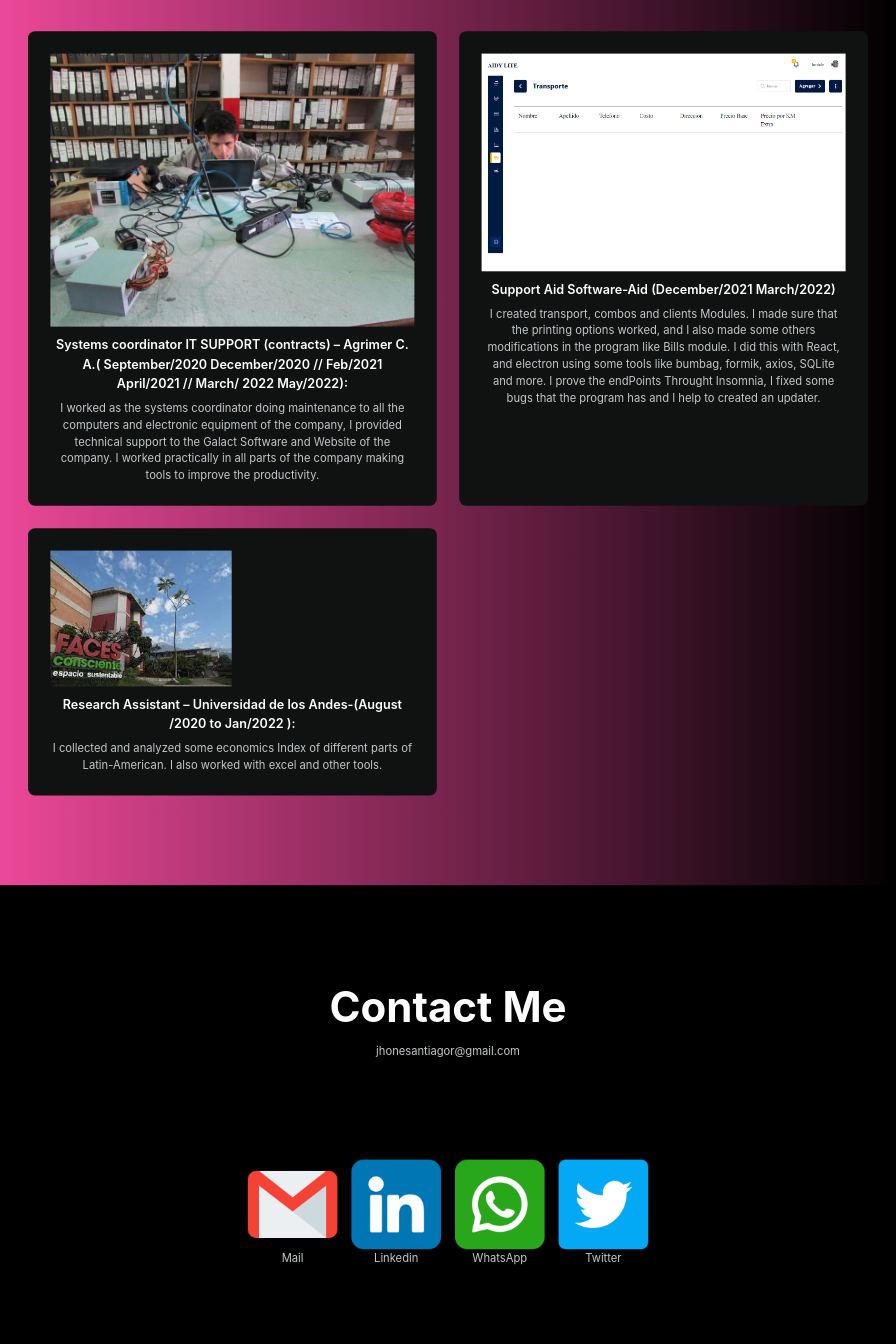
Repository: jhonenmanuel1/Repository-Jhon-Next-its
Page: /
These files come from the project's save history. The page is drawn as it stood at one moment and after the next save; the edit follows.
The browser window is 1280 px wide. The pictures show the part of the page from y = 2472 to 4392 px (the page is 4392 px tall), at 70% of full size.
The project was rebuilt for these pictures with package versions that can differ from the ones it lists, and the page was loaded fresh each time. The framework's server and built-in components were replaced by stand-ins that run in the browser. Also part of the build but not shown: next.config.js.

Above is the page before, as saved 2022-06-07 19:26:18.

### pages/index.js
import Head from "next/head";
import Header from "../components/Header";
import Main from "../components/Main";
import Footer from "../components/Footer";
import { NextSeo } from "next-seo";

export default function Home() {
  return (
    <div className="text-black bg-black">
      <Head>
        <title>Jhon Santiago</title>
        <link rel="icon" href="/favicon.png" />
      </Head>
      <Header />
      <Main />
      <Footer />
    </div>
  );
}

### styles/globals.css
@tailwind base;
@tailwind components;
@tailwind utilities;
@import url(//db.onlinewebfonts.com/c/e5c490a944bc2b2746f0c851501e46c7?family=AvenirNextW10-Bold);
@import url("https://fonts.googleapis.com/css2?family=Inter&display=swap");

html,
body {
  padding: 0;
  margin: 0;
  font-family: -apple-system, BlinkMacSystemFont, Segoe UI, Roboto, Oxygen,
    Ubuntu, Cantarell, Fira Sans, Droid Sans, Helvetica Neue, sans-serif;
  background-color: #000000;
}

a {
  color: inherit;
  text-decoration: none;
}

* {
  box-sizing: border-box;
}

.g327 {
  border-color: #302f30;
}

@font-face {
  font-family: "AvenirNextW10-Bold";
  src: url("//db.onlinewebfonts.com/t/e5c490a944bc2b2746f0c851501e46c7.eot");
  src: url("//db.onlinewebfonts.com/t/e5c490a944bc2b2746f0c851501e46c7.eot?#iefix")
      format("embedded-opentype"),
    url("//db.onlinewebfonts.com/t/e5c490a944bc2b2746f0c851501e46c7.woff2")
      format("woff2"),
    url("//db.onlinewebfonts.com/t/e5c490a944bc2b2746f0c851501e46c7.woff")
      format("woff"),
    url("//db.onlinewebfonts.com/t/e5c490a944bc2b2746f0c851501e46c7.ttf")
      format("truetype"),
    url("//db.onlinewebfonts.com/t/e5c490a944bc2b2746f0c851501e46c7.svg#AvenirNextW10-Bold")
      format("svg");
}

.Avenir {
  font-family: AvenirNextW10-Bold;
  font-display: swap;
}

.grr {
  grid-template-columns: repeat(2, 1fr);
}

.txg {
  color: #b8bcbf;
}

.ld-04 {
  letter-spacing: 0.025em;
}

.lh-6 {
  line-height: 1.08;
}

.text-80 {
  font-size: 80px;
}

.font-4 {
  font-family: Inter, sans-serif;
}

.tr04 {
  transition: 0.4s;
}

.clearNav {
  backdrop-filter: saturate(180%) blur(5px) !important;
  background-color: rgba(0, 0, 0, 0.7) !important;
}

.fsac4 {
  display: grid;
  grid-template-columns: repeat(1, 1fr);
  grid-gap: 32px;
}

@media (min-width: 720px) {
  .fsac4 {
    grid-template-columns: repeat(2, 1fr);
  }
}

.ktq4 {
  background-color: #101111;
  padding: 2rem;
  border-radius: 10px;
}

.fkrr1 {
  font-family: "Inter", sans-serif;
}

### components/Header.js
import React from "react";

export default function Header() {
  const [navbarOpen, setNavbarOpen] = React.useState(false);
  const [flyer, setFlyer] = React.useState(false);
  const [flyerTwo, setFlyerTwo] = React.useState(false);

  return (
    <header class="fixed top-0 w-full clearNav z-50">
      <div class="max-w-5xl mx-auto flex flex-wrap p-5 flex-col md:flex-row">
        <div className="flex flex-row items-center justify-between p-3 md:p-1">
          <a
            href="/"
            class="flex text-3xl text-white font-medium mb-4 md:mb-0"
          >Jhon Santiago
          </a>
          <button
            className="text-white pb-4 cursor-pointer leading-none px-3 py-1 md:hidden outline-none focus:outline-none content-end ml-auto"
            type="button"
            aria-label="button"
            onClick={() => setNavbarOpen(!navbarOpen)}
          >
            <svg
              xmlns="http://www.w3.org/2000/svg"
              width="24"
              height="24"
              viewBox="0 0 24 24"
              fill="none"
              stroke="white"
              strokeWidth="2"
              strokeLinecap="round"
              strokeLinejoin="round"
              className="feather feather-menu"
            >
              <line x1="3" y1="12" x2="21" y2="12"></line>
              <line x1="3" y1="6" x2="21" y2="6"></line>
              <line x1="3" y1="18" x2="21" y2="18"></line>
            </svg>
          </button>

        </div>
        <div
          className={
            "md:flex flex-grow items-center" +
            (navbarOpen ? " flex" : " hidden")
          }
        >
          <div class="md:ml-auto md:mr-auto font-4 pt-1 md:pl-14 pl-1 flex flex-wrap items-center md:text-base text-1xl md:justify-center justify-items-start">
            <a class="mr-1 pr-2 cursor-pointer text-gray-300 hover:text-white font-semibold tr04">
              About Me
            </a>
            <a class="mr-12 md:ml-11 ml-0 cursor-pointer text-gray-300 hover:text-white font-semibold tr04">
              Projects
            </a>
            <a class="mr-5 cursor-pointer text-gray-300 hover:text-white font-semibold tr04">
              Photos
            </a>

          </div>
          <a
            href="https://wa.me/+584247287084"
            rel="noopener noreferrer"
            target="_blank"
            className="invisible md:visible"
          >
            <svg
              title="Twitter"
              width="35"
              height="33"

              viewBox="0 0 25 24"

              fill="none"
            >
              <path
                data-v-54e46119=""
                d="M12.031 6.172c-3.181 0-5.767 2.586-5.768 5.766-.001 1.298.38 2.27 1.019 3.287l-.582 2.128 2.182-.573c.978.58 1.911.928 3.145.929 3.178 0 5.767-2.587 5.768-5.766.001-3.187-2.575-5.77-5.764-5.771zm3.392 8.244c-.144.405-.837.774-1.17.824-.299.045-.677.063-1.092-.069-.252-.08-.575-.187-.988-.365-1.739-.751-2.874-2.502-2.961-2.617-.087-.116-.708-.94-.708-1.793s.448-1.273.607-1.446c.159-.173.346-.217.462-.217l.332.006c.106.005.249-.04.39.298.144.347.491 1.2.534 1.287.043.087.072.188.014.304-.058.116-.087.188-.173.289l-.26.304c-.087.086-.177.18-.076.354.101.174.449.741.964 1.201.662.591 1.221.774 1.394.86s.274.072.376-.043c.101-.116.433-.506.549-.68.116-.173.231-.145.39-.087s1.011.477 1.184.564.289.13.332.202c.045.072.045.419-.1.824zm-3.423-14.416c-6.627 0-12 5.373-12 12s5.373 12 12 12 12-5.373 12-12-5.373-12-12-12zm.029 18.88c-1.161 0-2.305-.292-3.318-.844l-3.677.964.984-3.595c-.607-1.052-.927-2.246-.926-3.468.001-3.825 3.113-6.937 6.937-6.937 1.856.001 3.598.723 4.907 2.034 1.31 1.311 2.031 3.054 2.03 4.908-.001 3.825-3.113 6.938-6.937 6.938z"
                fill="white"
              ></path>
            </svg>
          </a>
          <a
            data-v-54e46119=""
            href="https://github.com/jhonenmanuel1"
            rel="noopener noreferrer"
            target="_blank"
            className="pl-7 invisible md:visible"
          >
            <svg
              data-v-54e46119=""
              width="30"
              height="20"
              viewBox="0 0 25 24"
              fill="none"
              xmlns="http://www.w3.org/2000/svg"
              title="GitHub logo"
              class="github-link--logo"
            >
              <path
                data-v-54e46119=""
                fill-rule="evenodd"
                clip-rule="evenodd"
                d="M12.3019 0C5.50526 0 0 5.50526 0 12.3019C0 17.7392 3.52669 22.3458 8.4127 23.977C9.0244 24.0902 9.25095 23.7126 9.25095 23.3804C9.25095 23.0858 9.2434 22.3156 9.23585 21.2885C5.81488 22.0286 5.08991 19.6422 5.08991 19.6422C4.53108 18.2225 3.72304 17.8373 3.72304 17.8373C2.60537 17.0746 3.80611 17.0897 3.80611 17.0897C5.03705 17.1803 5.69405 18.3584 5.69405 18.3584C6.78906 20.2388 8.57129 19.6951 9.27361 19.3779C9.38688 18.585 9.70406 18.0412 10.0514 17.7316C7.32524 17.4295 4.45556 16.3723 4.45556 11.66C4.45556 10.3158 4.93132 9.22074 5.72426 8.35984C5.59588 8.04266 5.17298 6.79662 5.83754 5.10501C5.83754 5.10501 6.87213 4.77274 9.22074 6.36616C10.2025 6.0943 11.2522 5.95837 12.3019 5.95082C13.344 5.95837 14.4013 6.0943 15.383 6.36616C17.7316 4.77274 18.7662 5.10501 18.7662 5.10501C19.4383 6.79662 19.0154 8.05021 18.887 8.35984C19.6724 9.22074 20.1482 10.3158 20.1482 11.66C20.1482 16.3874 17.271 17.422 14.5297 17.7316C14.9677 18.1092 15.3679 18.8644 15.3679 20.0123C15.3679 21.6586 15.3528 22.9801 15.3528 23.3879C15.3528 23.7202 15.5718 24.0978 16.1986 23.977C21.0846 22.3458 24.6038 17.7392 24.6038 12.3094C24.6038 5.50526 19.0985 0 12.3019 0Z"
                fill="white"
              ></path>
            </svg>
          </a>
          <a
            data-v-54e46119=""
            href="https://github.com/jhonenmanuel1"
            rel="noopener noreferrer"
            target="_blank"
            className="pl-7 invisible md:visible"
          >
           <button
           className="
              bg-gradient-to-r from-purple-800 via-pink-600 to-indigo-800
              text-white
              py-1.5 px-5 rounded
              font-semibold tr04">
              Contact Me
           </button>
          </a>
        </div>
      </div>
    </header>
  );
}

### components/Footer.js
export default function Footer() {
  return (
    <footer className="pb-4 text-gray-200">
    <section class="relative pb-24">
        <div class="max-w-6xl mx-auto px-4 sm:px-6 text-center">
          <div class="py-24 md:py-36">
            <h1 class="mb-5 text-6xl font-bold text-white">Contact Me</h1>
            <h2> jhonesantiagor@gmail.com</h2>
          </div>
          <div class="flex align-center justify-center">
          <div className="flex jutify-center align-center space-x-5">
            <a href = "mailto: jhonesantiagor@gmail.com"> <img height={"100"} src="images/nicons/gmail.png" ></img> Mail </a>
            <a href="https://www.linkedin.com/in/jhonsantiago/"><img src="images/nicons/linkedin.png"></img> Linkedin </a>
            <a   href="https://wa.me/+584247287084"><img src="images/nicons/whatsapp.png"></img>WhatsApp</a>
            <a href="https://twitter.com/jhonenmsantiago"><img src="images/nicons/gorjeo.png"></img>Twitter</a>
          </div>

          </div>

        </div>
      </section>
    </footer>
  );
}

### tailwind.config.js
module.exports = {
  purge: ["./components/**/*.js", "./pages/**/*.js"],
  darkMode: false, // or 'media' or 'class'
  theme: {
    screens: {
      'sm': '640px',
      // => @media (min-width: 640px) { ... }

      'md': '768px',
      // => @media (min-width: 768px) { ... }

      'lg': '1024px',
      // => @media (min-width: 1024px) { ... }

      'xl': '1280px',
      // => @media (min-width: 1280px) { ... }

      '2xl': '1536px',
      // => @media (min-width: 1536px) { ... }
      'lmin': {'max': '800px'},
      'lmin2': {'max': '508px'}

  },
    extend: {
      colors: {
        gray: {
          100: "#FBFBFB",
          200: "#c2c7ca",
          300: "#b8bcbf",
          400: "#999999",
          500: "#7F7F7F",
          600: "#666666",
          700: "#4C4C4C",
          800: "#121212",
          900: "#191919",
        },
      },
    },
  },
  variants: {
    extend: {},
  },
  plugins: [],
};

Loaded but not shown: pages/_app.js (common file); components/Main.js (388 lines, source omitted)

After the next save:
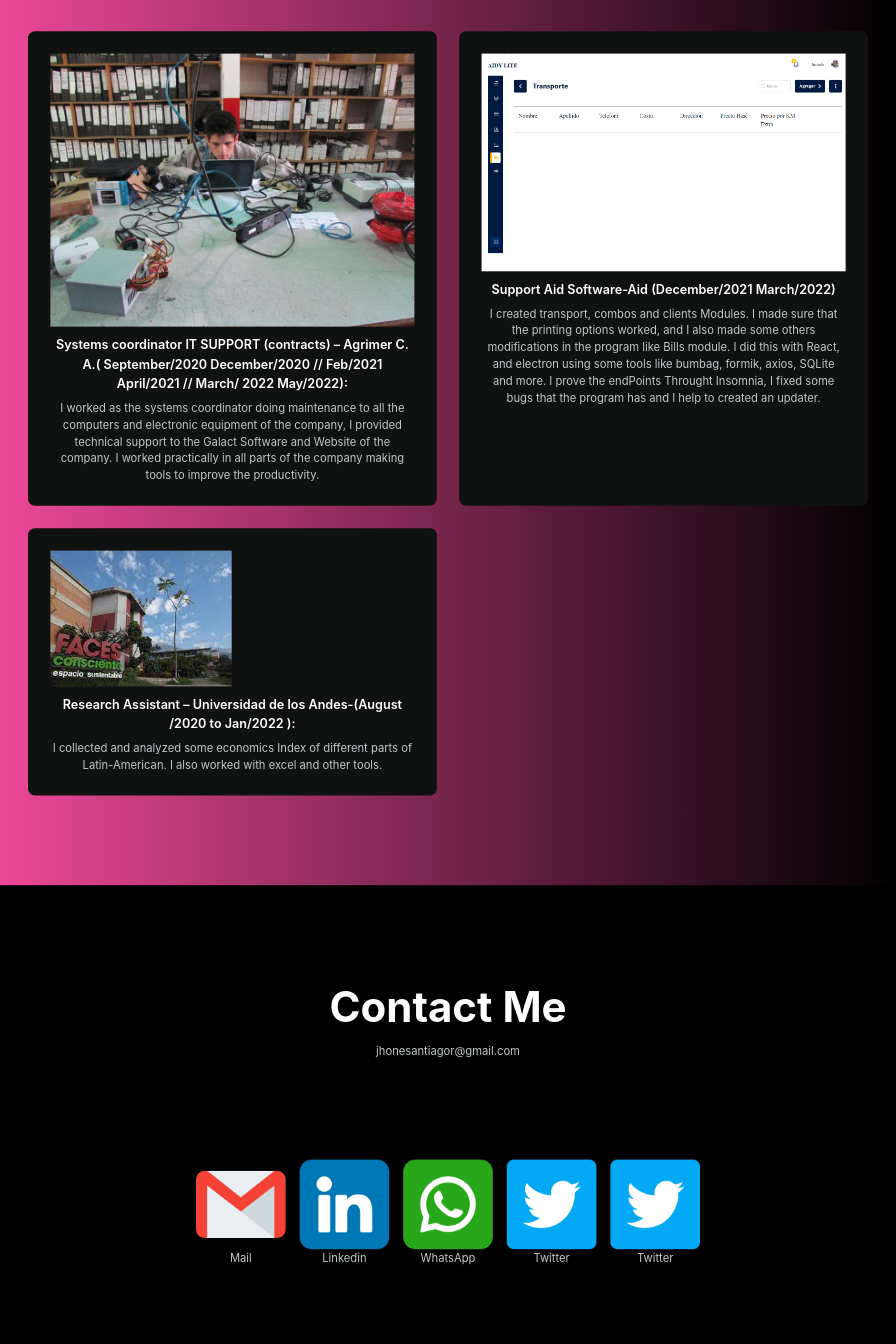
Saved 10 min 24 s later.
--- a/components/Footer.js
+++ b/components/Footer.js
@@ -1,22 +1,33 @@
 export default function Footer() {
   return (
     <footer className="pb-4 text-gray-200">
-    <section class="relative pb-24">
+      <section class="relative pb-24">
         <div class="max-w-6xl mx-auto px-4 sm:px-6 text-center">
           <div class="py-24 md:py-36">
             <h1 class="mb-5 text-6xl font-bold text-white">Contact Me</h1>
             <h2> jhonesantiagor@gmail.com</h2>
           </div>
           <div class="flex align-center justify-center">
-          <div className="flex jutify-center align-center space-x-5">
-            <a href = "mailto: jhonesantiagor@gmail.com"> <img height={"100"} src="images/nicons/gmail.png" ></img> Mail </a>
-            <a href="https://www.linkedin.com/in/jhonsantiago/"><img src="images/nicons/linkedin.png"></img> Linkedin </a>
-            <a   href="https://wa.me/+584247287084"><img src="images/nicons/whatsapp.png"></img>WhatsApp</a>
-            <a href="https://twitter.com/jhonenmsantiago"><img src="images/nicons/gorjeo.png"></img>Twitter</a>
+            <div className="flex jutify-center align-center space-x-5">
+              <a href="mailto: jhonesantiagor@gmail.com">
+                {" "}
+                <img
+                  height={"100"}
+                  src="images/nicons/gmail.png"
+                ></img> Mail{" "}
+              </a>
+              <a href="https://www.linkedin.com/in/jhonsantiago/">
+                <img src="images/nicons/linkedin.png"></img> Linkedin{" "}
+              </a>
+              <a href="https://wa.me/+584247287084">
+                <img src="images/nicons/whatsapp.png"></img>WhatsApp
+              </a>
+              <a href="https://twitter.com/jhonenmsantiago">
+                <img src="images/nicons/gorjeo.png"></img>Twitter
+              </a>
+              <a href="https://github.com/jhonenmanuel1"><img src="images/nicons/gorjeo.png"></img>Twitter</a>
+            </div>
           </div>
-
-          </div>
-
         </div>
       </section>
     </footer>
